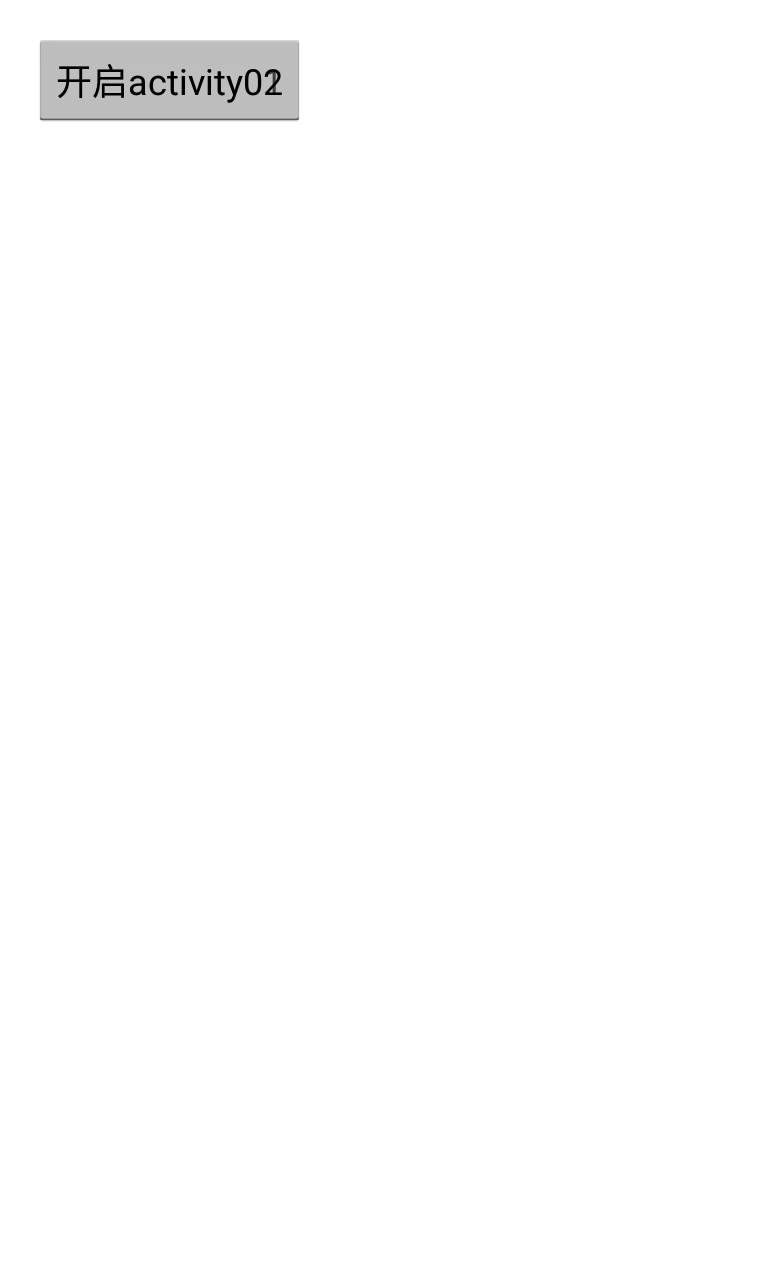
Repository: DongHuaLu/android
Layout: 34TaskStack/res/layout/activity01.xml
An editor plug-in stored every save of this project. The layout is shown before and after the next save, followed by the edit.
It is drawn on a 768 x 1280 px phone screen (xhdpi) without system bars, with theme AppTheme; the app's code is not run.

Above is the layout before, as saved 2013-09-02 03:54:53.

### 34TaskStack/res/layout/activity01.xml
<RelativeLayout xmlns:android="http://schemas.android.com/apk/res/android"
    xmlns:tools="http://schemas.android.com/tools"
    android:layout_width="match_parent"
    android:layout_height="match_parent"
    android:paddingBottom="@dimen/activity_vertical_margin"
    android:paddingLeft="@dimen/activity_horizontal_margin"
    android:paddingRight="@dimen/activity_horizontal_margin"
    android:paddingTop="@dimen/activity_vertical_margin"
    tools:context=".Activity01" >

    <Button
        android:layout_width="wrap_content"
        android:layout_height="wrap_content"
        android:onClick="click01"
        android:text="开启activity01" />

    <Button
        android:layout_width="wrap_content"
        android:layout_height="wrap_content"
        android:onClick="click02"
        android:text="开启activity02" />

</RelativeLayout>

Loaded but not shown: 34TaskStack/res/values/styles.xml (common file); 34TaskStack/res/values-v11/styles.xml (common file); 34TaskStack/res/values-v14/styles.xml (common file); 34TaskStack/res/values/dimens.xml (common file)

After the next save:
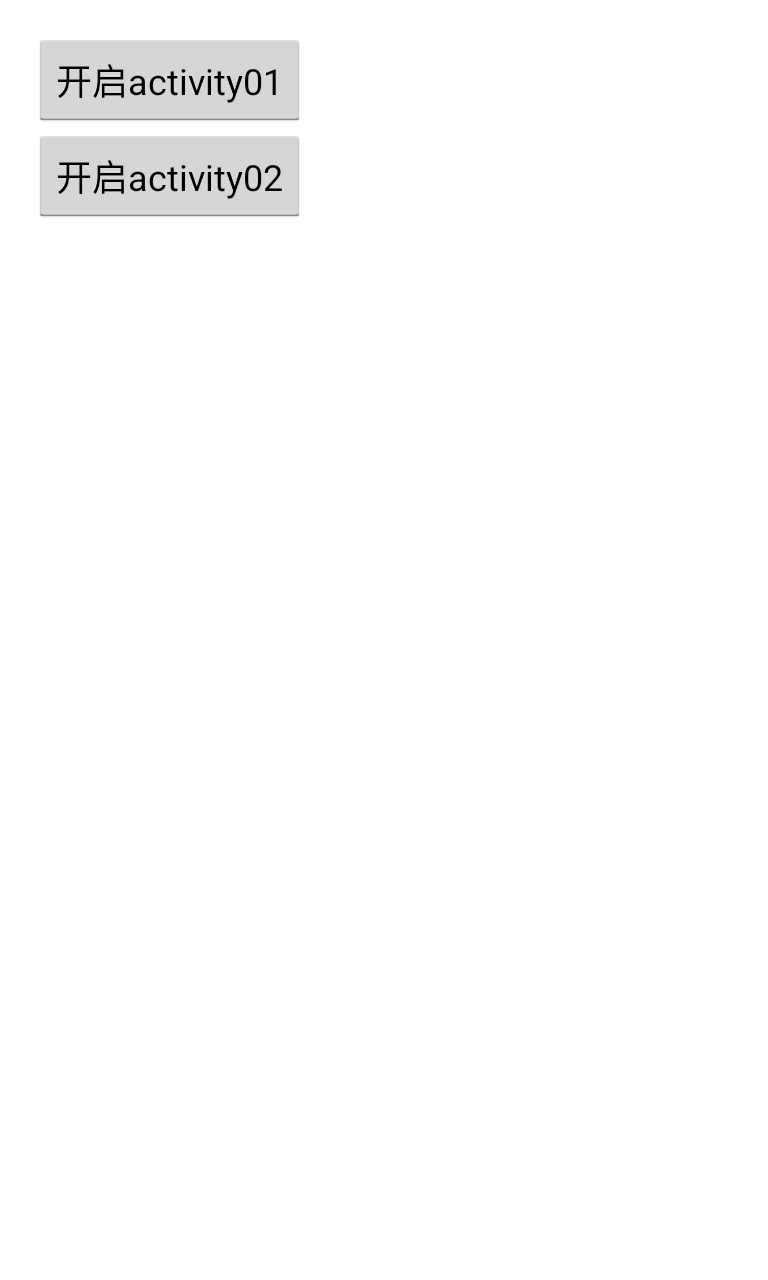
Saved 31 s later.
--- a/34TaskStack/res/layout/activity01.xml
+++ b/34TaskStack/res/layout/activity01.xml
@@ -1,4 +1,4 @@
-<RelativeLayout xmlns:android="http://schemas.android.com/apk/res/android"
+<LinearLayout xmlns:android="http://schemas.android.com/apk/res/android"
     xmlns:tools="http://schemas.android.com/tools"
     android:layout_width="match_parent"
     android:layout_height="match_parent"
@@ -6,6 +6,7 @@
     android:paddingLeft="@dimen/activity_horizontal_margin"
     android:paddingRight="@dimen/activity_horizontal_margin"
     android:paddingTop="@dimen/activity_vertical_margin"
+    android:orientation="vertical"
     tools:context=".Activity01" >
 
     <Button
@@ -20,4 +21,4 @@
         android:onClick="click02"
         android:text="开启activity02" />
 
-</RelativeLayout>
+</LinearLayout>
